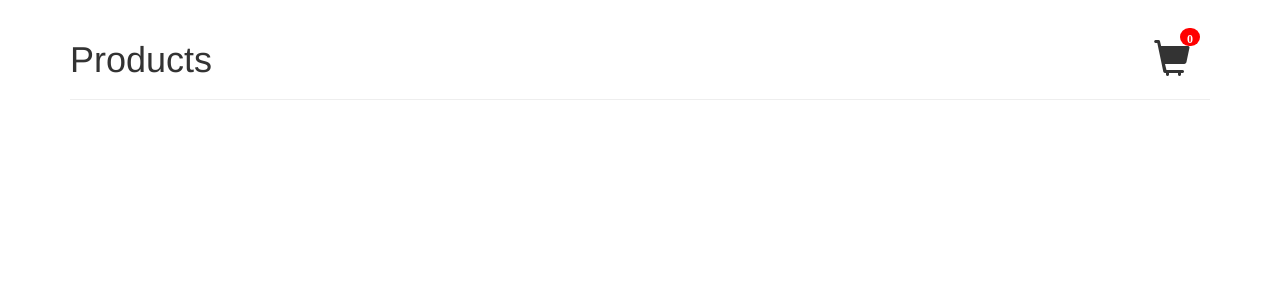
Repository: sukantg-007/Servlet-Examples
Page: http://localhost/webapp17/index.jsp
An editor plug-in stored every save of this project. The page is shown before and after the next save, followed by the edit.
The browser window is 1280 px wide. The pictures show the whole page.
Some web libraries are served in a nearby version. The page is served by Tomcat 9. Other server files are loaded and not shown. Queries for data that is not in the repository find no rows.

Above is the page before, as saved 2021-11-18 12:50:49.

### webapp17/WebContent/index.jsp
<%@page import="com.vc.entity.Product"%>
<%@page import="java.util.List"%>
<%@page import="com.vc.service.IProductService"%>
<%@page import="com.vc.factory.ProductServiceFactory"%>
<%@page import="java.util.Date"%>
<%@page import="com.vc.service.ProductService"%>
<%@ page language="java" contentType="text/html; charset=ISO-8859-1"
	pageEncoding="ISO-8859-1"%>
<%@taglib uri="http://java.sun.com/jsp/jstl/core" prefix="c"%>
<%@taglib uri="http://java.sun.com/jsp/jstl/fmt" prefix="fmt"%>
<%
Date today=new Date();
%>
<html>

<head>
<title>My Cart</title>
<link rel="stylesheet" href="css/bootstrap.min.css">
<link rel="stylesheet" href="//maxcdn.bootstrapcdn.com/font-awesome/4.3.0/css/font-awesome.min.css">
<style>
.badge-notify {
	background: red;
	position: relative;
	top: -20px;
	right: 10px;
}

.my-cart-icon-affix {
	position: fixed;
	z-index: 999;
}
</style>
</head>

<body class="container">
	<div class="page-header">
		<h1>
			Products
			<div style="float: right; cursor: pointer;">
				<span class="glyphicon glyphicon-shopping-cart my-cart-icon"><span
					class="badge badge-notify my-cart-badge"></span></span>
			</div>
		</h1>
	</div>
	<div class="row">
		<c:forEach var="product" items="${ProductServiceFactory.getProductService().showAll()}">
			<div class="col-md-3 text-center">
				<img src="images/${product.getPimg_path()}" width="150px"
					height="150px"> <br> ${product.getPname()}<strong><i class="fa fa-inr"></i> ${product.getPrice()}</strong>
				<br>
				<button class="btn btn-danger my-cart-btn"
					data-id="${product.getPid()}" data-name="${product.getPname()}"
					data-summary="${product.getSummary()}"
					data-price="${product.getPrice()}" data-quantity="1"
					data-image="images/${product.getPimg_path()}">Add to Cart</button>
				<a type="button" class="btn btn-primary" data-toggle="modal"
					data-target="#exampleModalScrollable"> Details </a>

				<!-- Modal -->
				<div class="modal fade" id="exampleModalScrollable" tabindex="-1"
					role="dialog" aria-labelledby="exampleModalScrollableTitle"
					aria-hidden="true">
					<div class="modal-dialog modal-dialog-scrollable" role="document">
						<div class="modal-content">
							<div class="modal-header">
								<h5 class="modal-title" id="exampleModalScrollableTitle">
									${product.getPname()}<strong><i class="fa fa-inr"></i>${product.getPrice()}</strong>
								</h5>
								<button type="button" class="close" data-dismiss="modal"
									aria-label="Close">
									<span aria-hidden="true">&times;</span>
								</button>
							</div>
							<div class="modal-body">
								<div class="card mb-3" style="max-width: 540px;">
									<div class="row g-0">
										<div class="col-md-4">
											<img src="images/${product.getPimg_path()}" width="150px" height="150px"
												class="img-fluid rounded-start" alt="...">
										</div>
										<div class="col-md-8">
											<div class="card-body">
												<h5 class="card-title">${product.getPname()}</h5>
												<p class="card-text">${product.getSummary()}</p>
												<p class="card-text">
													<small class="text-muted">${today}</small>
												</p>
											</div>
										</div>
									</div>
								</div>
								<div class="modal-footer">
									<button type="button" class="btn btn-warning"
										data-dismiss="modal">Close</button>
								</div>
							</div>
						</div>
					</div>
				</div>
			</div>
		</c:forEach>
	</div>


	<script src="js/jquery-2.2.3.min.js"></script>
	<script type='text/javascript' src="js/bootstrap.min.js"></script>
	<script type='text/javascript' src="js/jquery.mycart.js"></script>
	<script type="text/javascript">
		$(function() {
			var goToCartIcon = function($addTocartBtn) {
				var $cartIcon = $(".my-cart-icon");
				var $image = $(
						'<img width="30px" height="30px" src="'
								+ $addTocartBtn.data("image") + '"/>').css({
					"position" : "fixed",
					"z-index" : "999"
				});
				$addTocartBtn.prepend($image);
				var position = $cartIcon.position();
				$image.animate({
					top : position.top,
					left : position.left
				}, 500, "linear", function() {
					$image.remove();
				});
			}

			$('.my-cart-btn')
					.myCart(
							{
								currencySymbol : '<i class="fa fa-inr"></i>',
								classCartIcon : 'my-cart-icon',
								classCartBadge : 'my-cart-badge',
								classProductQuantity : 'my-product-quantity',
								classProductRemove : 'my-product-remove',
								classCheckoutCart : 'my-cart-checkout',
								affixCartIcon : true,
								showCheckoutModal : true,
								numberOfDecimals : 2,
								cartItems : [],
								clickOnAddToCart : function($addTocart) {
									goToCartIcon($addTocart);
								},
								afterAddOnCart : function(products, totalPrice,
										totalQuantity) {
									console.log("afterAddOnCart", products,
											totalPrice, totalQuantity);
								},
								clickOnCartIcon : function($cartIcon, products,
										totalPrice, totalQuantity) {
									console
											.log("cart icon clicked",
													$cartIcon, products,
													totalPrice, totalQuantity);
								},
								checkoutCart : function(products, totalPrice,
										totalQuantity) {
									var checkoutString = "Total Price: "
											+ totalPrice + "\nTotal Quantity: "
											+ totalQuantity;
									checkoutString += "\n\n id \t name \t summary \t price \t quantity \t image path";
									$.each(products,
											function() {
												checkoutString += ("\n "
														+ this.id + " \t "
														+ this.name + " \t "
														+ this.summary + " \t "
														+ this.price + " \t "
														+ this.quantity
														+ " \t " + this.image);
											});
									alert(checkoutString)
									console.log("checking out", products,
											totalPrice, totalQuantity);
								},
								getDiscountPrice : function(products,
										totalPrice, totalQuantity) {
									console
											.log("calculating discount",
													products, totalPrice,
													totalQuantity);
									return totalPrice * 0.5;
								}
							});
		});
	</script>

</body>

</html>

### webapp17/src/com/vc/factory/ProductServiceFactory.java
package com.vc.factory;

import com.vc.service.IProductService;
import com.vc.service.ProductService;

public class ProductServiceFactory {
	static IProductService productService=null;
	public static IProductService getProductService()
	{
		productService=new ProductService();
		return productService;
	}
}

### webapp17/src/com/vc/service/IProductService.java
package com.vc.service;

import java.util.List;
import com.vc.entity.Product;

public interface IProductService {
	public String add(Product p);
	public String update(Product p);
	public String delete(Product p);
	public List<Product> showAll();
}

### webapp17/src/com/vc/service/ProductService.java
package com.vc.service;

import java.sql.Connection;
import java.sql.PreparedStatement;
import java.sql.ResultSet;
import java.util.ArrayList;
import java.util.List;

import com.vc.entity.Product;
import com.vc.factory.ConnectionFactory;

public class ProductService implements IProductService{

	private final String INSERT_PRODUCT_QUERY="INSERT INTO PRODUCTTB VALUES (PRODUCTTB_SEQ.NEXTVAL, ?, ?, ?, ?, ?, ?)";
	private final String UPDATE_PRODUCT_QUERY="UPDATE PRODUCTTB SET PNAME=?, CATAGORY=?, PSUMMARY=?, PRICE=?, AVAILABLE=?, PIMG=? WHERE PID=?";
	private final String DELETE_PRODUC_QUERY="DELETE FROM PRODUCTTB WHERE PID=?";
	private final String SELECT_PRODUCT_QUERY="SELECT * FROM PRODUCTTB";
	@Override
	public String add(Product p) {
		String status="fail";
		try {
			Connection con=ConnectionFactory.getConnection();
			PreparedStatement pst=con.prepareStatement(INSERT_PRODUCT_QUERY);
			pst.setString(1, p.getPname());
			pst.setString(2,p.getCatagory());
			pst.setString(3, p.getSummary());
			pst.setDouble(4, p.getPrice());
			pst.setString(5, p.isAvailable());
			pst.setString(6, p.getPimg_path());
			int count=pst.executeUpdate();
			if(count>0)
				status="success";
		}catch(Exception e) {
			e.printStackTrace();
		}
		return status;
	}

	@Override
	public String update(Product p) {
		String status="";
		try {
			Connection con=ConnectionFactory.getConnection();
		}catch(Exception e) {

		}
		return status;
	}

	@Override
	public String delete(Product p) {
		String status="";
		try {
			Connection con=ConnectionFactory.getConnection();
		}catch(Exception e) {

		}
		return status;
	}

	@Override
	public List<Product> showAll() {
		List<Product> list=new ArrayList<Product>();
		try {
			Connection con=ConnectionFactory.getConnection();
			PreparedStatement pst=con.prepareStatement(SELECT_PRODUCT_QUERY);
			ResultSet rs=pst.executeQuery();
			if(rs!=null) {
				while(rs.next()) {
					Product p=new Product();
					p.setPid(rs.getInt("pid"));
					p.setPname(rs.getString("pname"));
					p.setCatagory(rs.getString("catagory"));
					p.setSummary(rs.getString("psummary"));
					p.setAvailable(rs.getString("available"));
					p.setPimg_path(rs.getString("pimg"));
					p.setPrice(rs.getDouble("price"));
					list.add(p);
				}
			}
		}catch(Exception e) {
			list=null;
			e.printStackTrace();
		}
		return list;
	}

}

### webapp17/src/com/vc/entity/Product.java
package com.vc.entity;

public class Product {
	private int pid;
	private String pname;
	private String catagory;
	private String summary;
	private Double price;
	private String isAvailable;
	private String pimg_path;
	private int quantity;

	public String getIsAvailable() {
		return isAvailable;
	}
	public void setIsAvailable(String isAvailable) {
		this.isAvailable = isAvailable;
	}
	public int getQuantity() {
		return quantity;
	}
	public void setQuantity(int quantity) {
		this.quantity = quantity;
	}
	public int getPid() {
		return pid;
	}
	public void setPid(int pid) {
		this.pid = pid;
	}
	public String getPname() {
		return pname;
	}
	public void setPname(String pname) {
		this.pname = pname;
	}
	public String getCatagory() {
		return catagory;
	}
	public void setCatagory(String catagory) {
		this.catagory = catagory;
	}
	public String getSummary() {
		return summary;
	}
	public void setSummary(String summary) {
		this.summary = summary;
	}
	public Double getPrice() {
		return price;
	}
	public void setPrice(Double price) {
		this.price = price;
	}
	public String isAvailable() {
		return isAvailable;
	}
	public void setAvailable(String isAvailable) {
		this.isAvailable = isAvailable;
	}
	public String getPimg_path() {
		return pimg_path;
	}
	public void setPimg_path(String pimg_path) {
		this.pimg_path = pimg_path;
	}
}

### webapp17/src/com/vc/factory/ConnectionFactory.java
package com.vc.factory;

import java.sql.Connection;
import java.sql.DriverManager;

public class ConnectionFactory {
	private static String URL="jdbc:oracle:thin:@localhost:1521:orcl";
	private static String USER="system";
	private static String PASS="Sukantg#007";
	private static String CLASS_NAME="oracle.jdbc.OracleDriver";

	public static Connection getConnection()throws Exception
	{
		Class.forName(CLASS_NAME);
		return DriverManager.getConnection(URL, USER, PASS);
	}
}

Loaded but not shown: webapp17/WebContent/css/bootstrap.min.css (library); webapp17/WebContent/js/jquery-2.2.3.min.js (library); webapp17/WebContent/js/bootstrap.min.js (library); webapp17/WebContent/js/jquery.mycart.js (library)

After the next save:
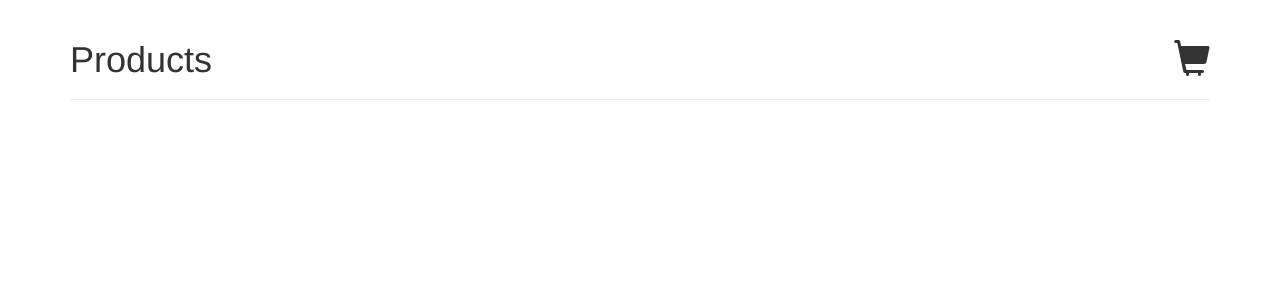
Console error: SyntaxError: Unexpected identifier 'font'
Saved 25 s later.
--- a/webapp17/WebContent/index.jsp
+++ b/webapp17/WebContent/index.jsp
@@ -128,7 +128,7 @@
 			$('.my-cart-btn')
 					.myCart(
 							{
-								currencySymbol : '<i class="fa fa-inr"></i>',
+								currencySymbol : '<span style='font-family:Arial;'>&#8377;</span>',
 								classCartIcon : 'my-cart-icon',
 								classCartBadge : 'my-cart-badge',
 								classProductQuantity : 'my-product-quantity',

After the save that followed:
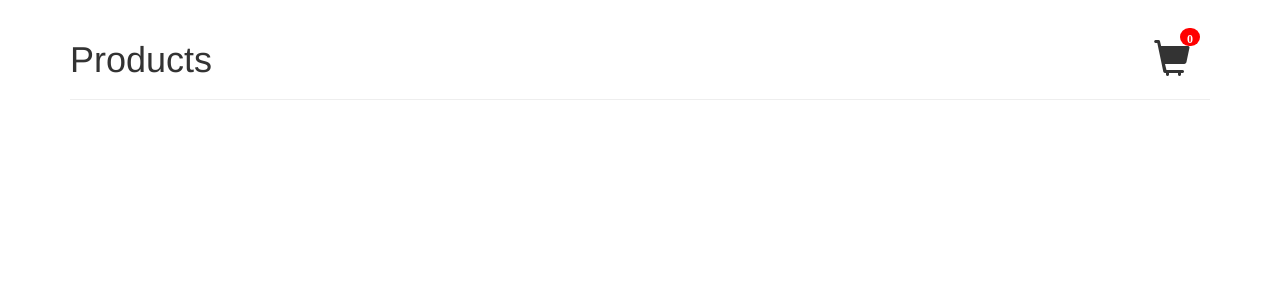
The error is gone.
Saved 12 s later.
--- a/webapp17/WebContent/index.jsp
+++ b/webapp17/WebContent/index.jsp
@@ -128,7 +128,7 @@
 			$('.my-cart-btn')
 					.myCart(
 							{
-								currencySymbol : '<span style='font-family:Arial;'>&#8377;</span>',
+								currencySymbol : '<i class="fa fa-inr"></i>',
 								classCartIcon : 'my-cart-icon',
 								classCartBadge : 'my-cart-badge',
 								classProductQuantity : 'my-product-quantity',
